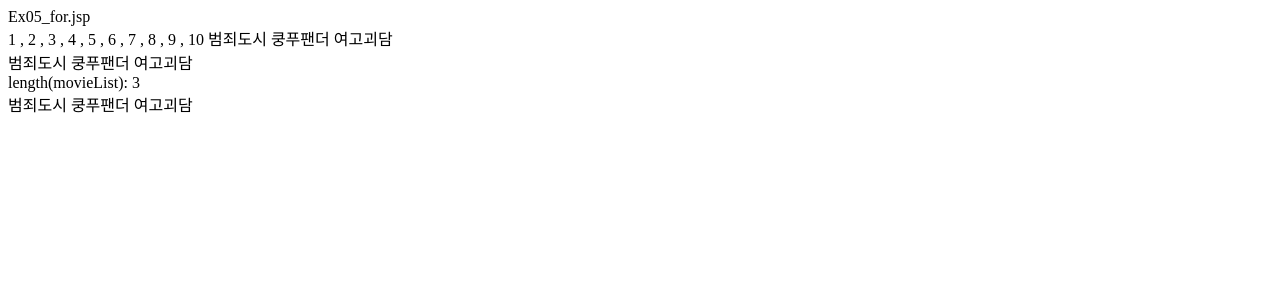
Repository: uj06134/Metabuild_JSP
Page: http://localhost/07_EL_JSTL/Ex05_for.jsp
An editor plug-in stored every save of this project. The page is shown before and after the next save, followed by the edit.
The browser window is 1280 px wide. The pictures show the whole page.
The page is served by Tomcat 9.

Above is the page before, as saved 2025-09-16 06:06:43.

After the next save:
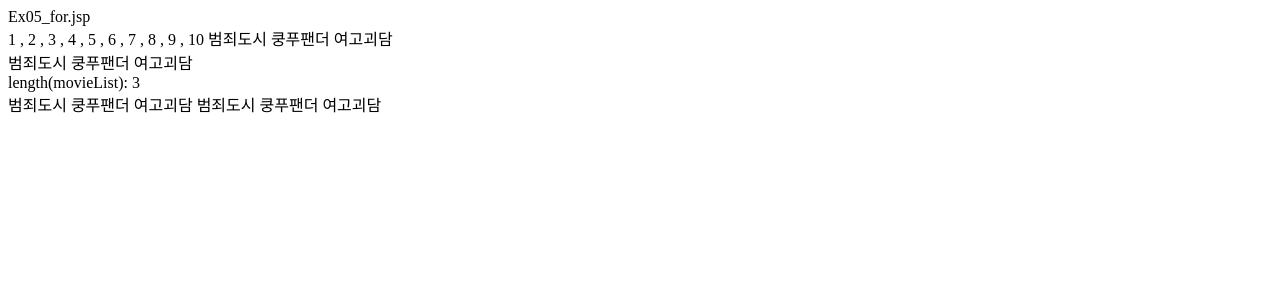
Saved 12 s later.
--- a/07_EL_JSTL/src/main/webapp/Ex05_for.jsp
+++ b/07_EL_JSTL/src/main/webapp/Ex05_for.jsp
@@ -39,5 +39,5 @@ length(movieList): ${fn:length(mList)} <br>
 
 <!-- 확장for문 -->
 <c:forEach var="m" items="${mList}">
-
+	${m }
 </c:forEach>
